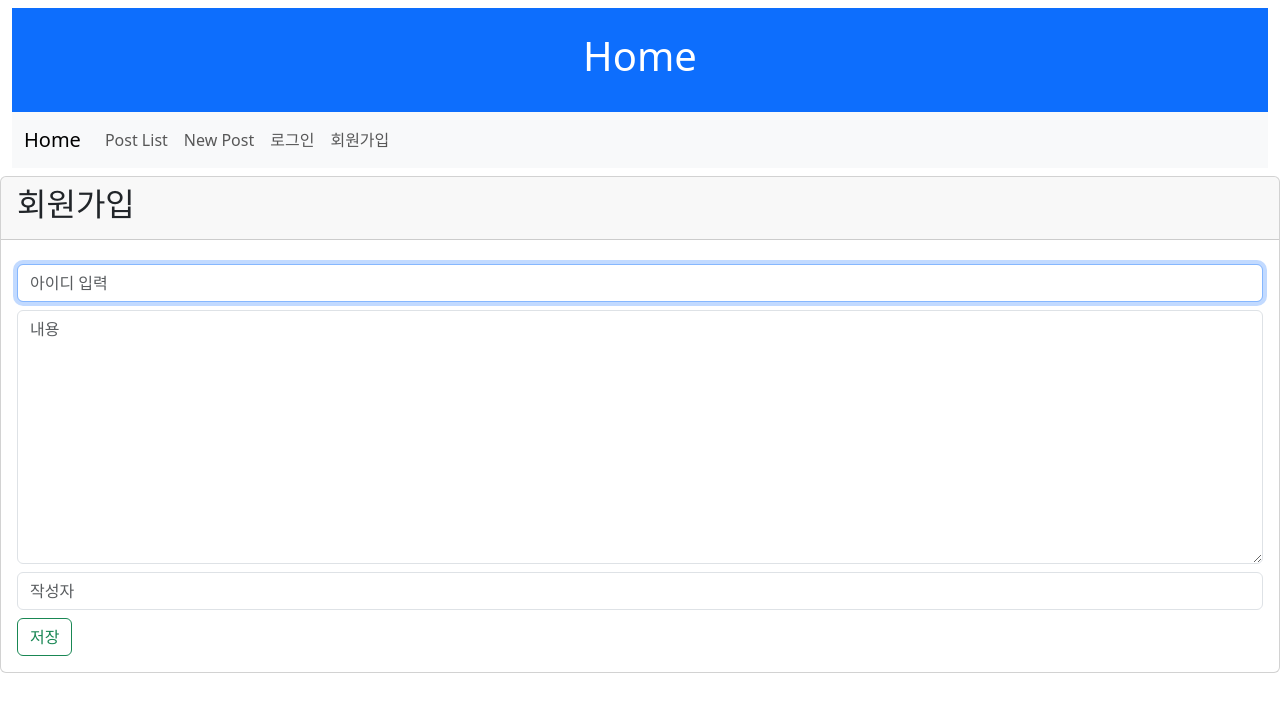
Repository: ldj0905/javaproject
Page: http://localhost/lab05_jsp/
An editor plug-in stored every save of this project. The page is shown before and after the next save, followed by the edit.
The browser window is 1280 px wide. The pictures show the whole page.
The page is served by Tomcat 10.

Above is the page before, as saved 2024-05-30 07:40:43.

After the next save:
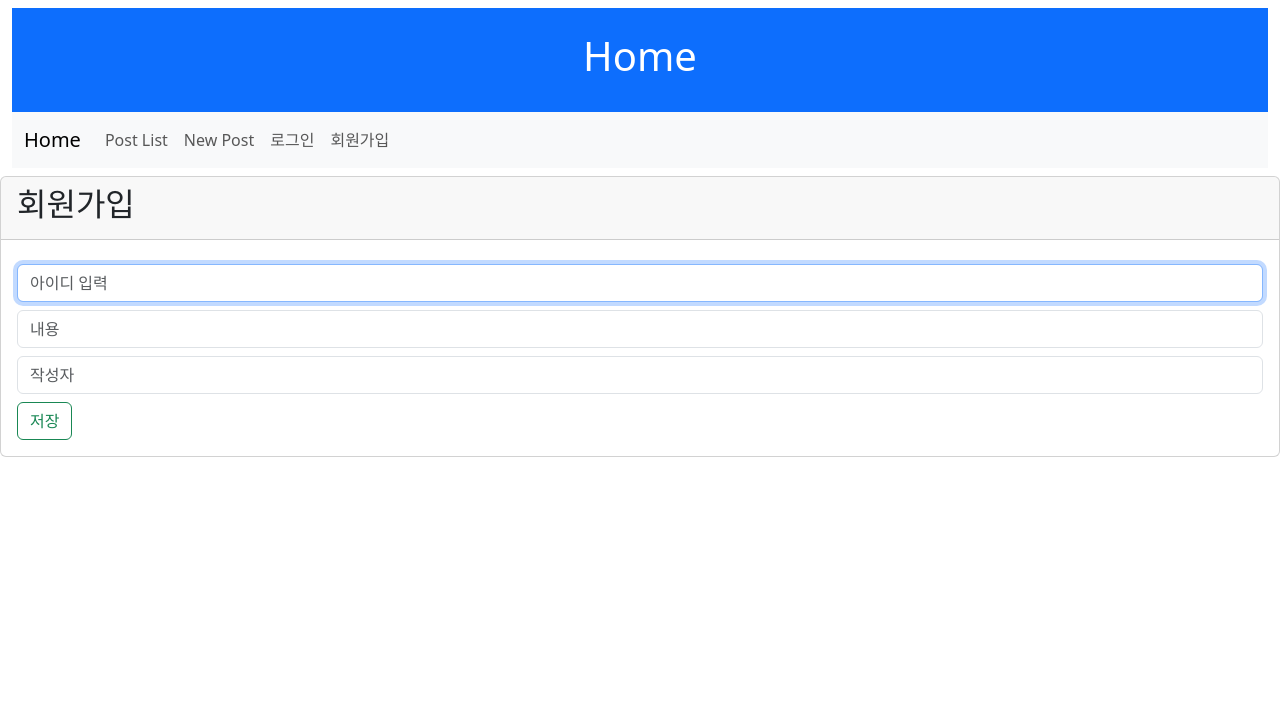
Saved 38 s later.
--- a/lab05_jsp/src/main/webapp/WEB-INF/views/home.jsp
+++ b/lab05_jsp/src/main/webapp/WEB-INF/views/home.jsp
@@ -33,7 +33,7 @@
                             required autofocus /> <!--autofocus가 뭐하는거임 -->
                     </div>
                     <div class = "mt-2">
-                        <textarea class="form-control"  rows="10" columns="20"  name="content"placeholder="내용" required></textarea> <!-- 얘가 글상자 -->
+                        <input class="form-control"  rows="10" columns="20"  name="content"placeholder="내용" required></input>
                     </div>
                     <div class = "mt-2">
                         <input class="form-control"  type="text" name="author" placeholder="작성자" required/>
